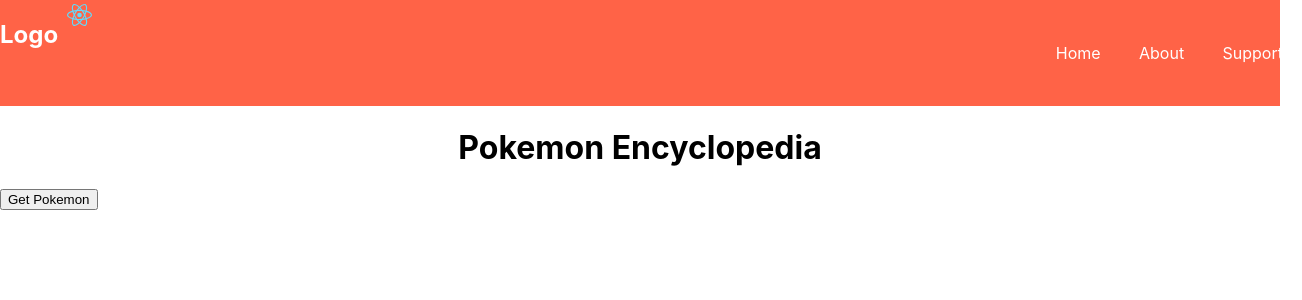
Repository: Gibberlin/pokedex
Page: /
An editor plug-in stored every save of this project. The page is shown before and after the next save, followed by the edit.
The browser window is 1280 px wide. The page is 1302 px wide, so the pictures cover 1302 px, including what lies to the right of the window. The pictures show the whole page.
The project was rebuilt for these pictures with package versions that can differ from the ones it lists, and the page was loaded fresh each time.

Above is the page before, as saved 2021-09-28 23:33:08.

After the next save:
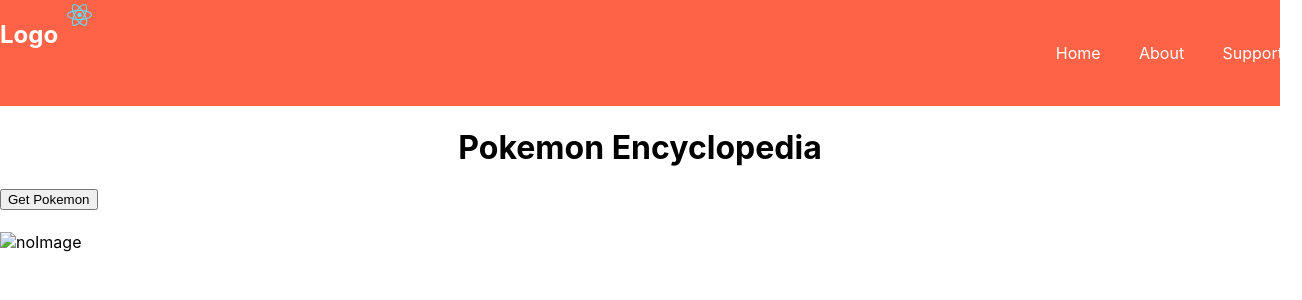
Saved 4 min 9 s later.
--- a/src/components/Cards.js
+++ b/src/components/Cards.js
@@ -4,11 +4,13 @@
 
 const Cards = () => {
     const [poke,gPoke]= useState("");
+    const [sp,setSp]=useState("")
     const getPoke=()=>{
 
         Axios.get("https://pokeapi.co/api/v2/pokemon/charizard").then((Response)=>{
             console.log(Response);
             gPoke(Response.data.name);
+            setSp(Response.data.sprites.front_default);
         })
     }
 
@@ -17,6 +19,8 @@
             <button onClick={getPoke}>Get Pokemon</button>
             <br />
             <h1>{poke}</h1>
+            <img src={sp} alt="noImage" />
+
         </div>
     )
 }
